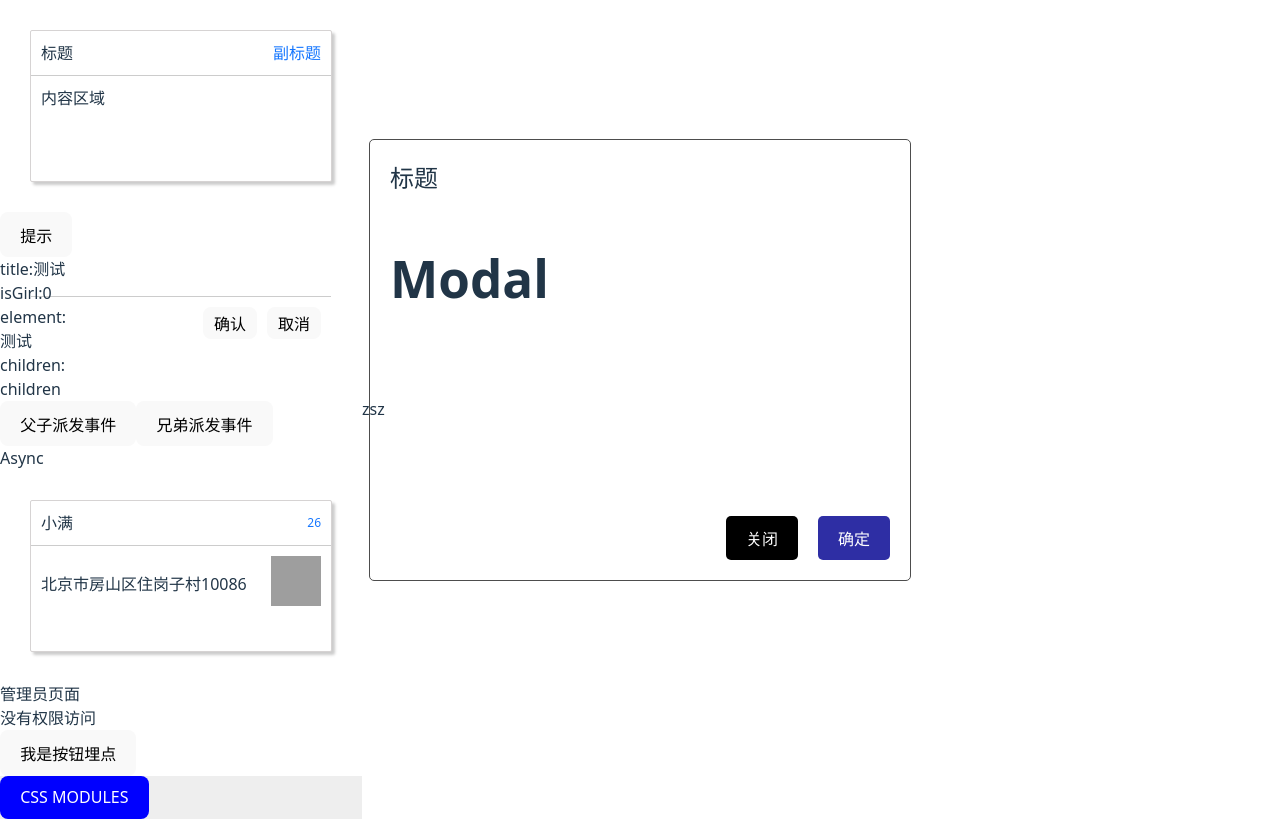
Repository: EDMZJJJ/learn-react
Page: /
These files come from the project's save history. The page is drawn as it stood at one moment and after the next save; the edit follows.
The browser window is 1280 px wide. The pictures show the whole page.
Pictures or frames that could not be fetched are drawn as grey boxes. The project was rebuilt for these pictures with package versions that can differ from the ones it lists, and the page was loaded fresh each time. Also part of the build but not shown: vite.config.ts, src/components/Skeleton/index.css, src/components/Message/index.css, src/components/Message/index.tsx.

Above is the page before, as saved 2026-03-11 15:44:00.

After the next save:
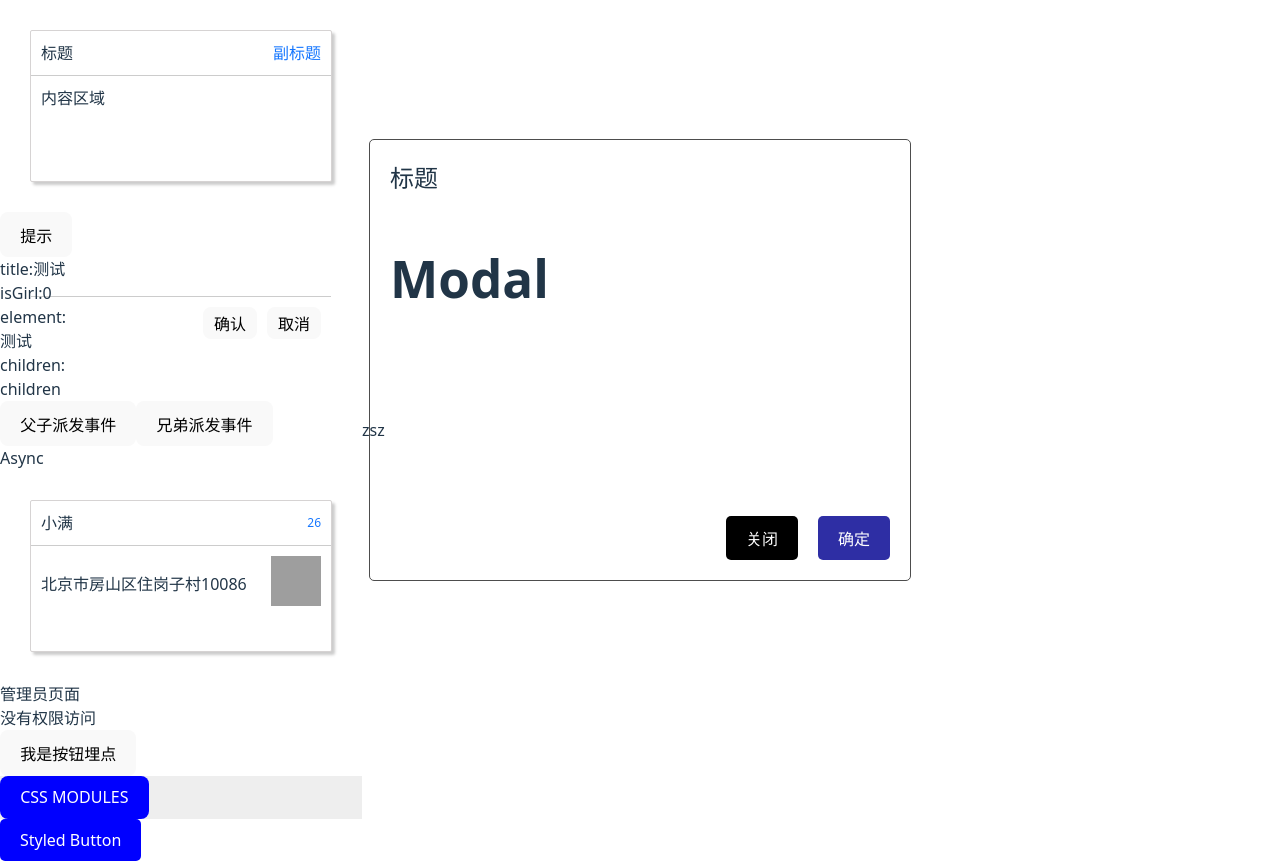
Saved 85 s later.
--- a/src/App.tsx
+++ b/src/App.tsx
@@ -81,6 +81,15 @@ const Button = ({ trackEvent }:{trackEvent: (eventType: string, data: any) => vo
 // 使用HOC高阶组件
 const TrackButton = withTracking(Button, 'button')
 
+//CSS-in-JS
+const StyledButton = styled.button`
+  background-color: blue;
+  color: white;
+  padding: 10px 20px;
+  border: none;
+  border-radius: 5px;
+  cursor: pointer;
+`
 const App: React.FC = () =>  {
   //所有hook都必须在组件的最顶层调用，不能在循环或条件语句中调用它。
   const fn = (params:string)=>{
@@ -130,8 +139,12 @@ const App: React.FC = () =>  {
       <div className={styles['app']}>
           <button className={`${styles['button-default']} ${styles['button-blue']}`}>CSS MODULES</button>
       </div>
+
+      {/* CSS-IN-JS */}
+      <StyledButton>Styled Button</StyledButton>
     </>
   )
 }
 
+
 export default App
